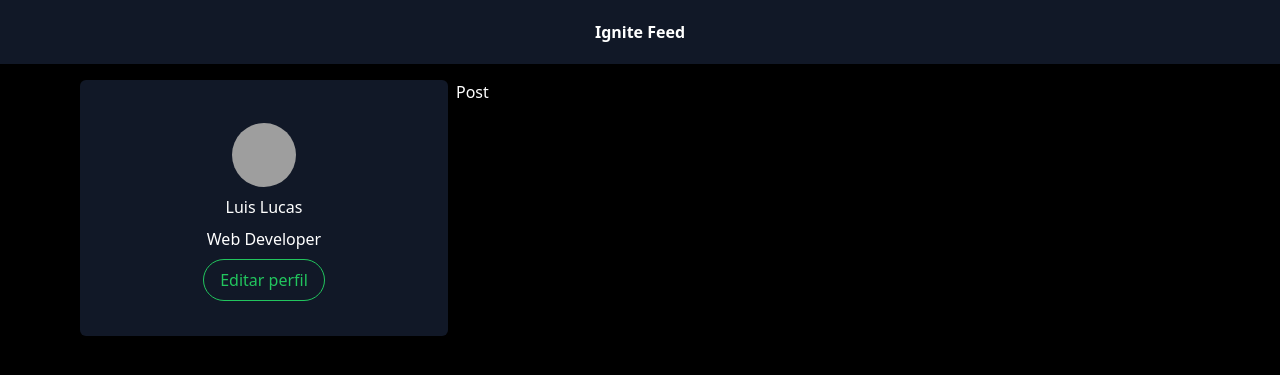
Repository: LuisSempre/ignite-feed
Page: /
The author's editor kept a copy of each file at every save. The page is drawn from the files as they stood at one save, then again after the next save.
The browser window is 1280 px wide. The pictures show the whole page.
Pictures or frames that could not be fetched are drawn as grey boxes. The project was rebuilt for these pictures with package versions that can differ from the ones it lists, and the page was loaded fresh each time. Also part of the build but not shown: vite.config.js.

Above is the page before, as saved 2022-07-13 22:44:55.

### src/App.jsx
import { Header } from "./Components/Header"
import { Sidebar } from "./Components/Sidebar"
import { Post } from "./Components/Post"
function App() {
  return (
    <div>
      <Header />
      <div className="max-w-6xl mx-auto p-4 grid grid-cols-3 gap-2 items-start">
        <Sidebar />
        <div className="col-span-2">
         <Post />
        </div>
      </div>
    </div>
  );
}

export default App;

### src/index.css
@tailwind base;
@tailwind components;
@tailwind utilities;

* {
    @apply bg-black text-white;
}

h1, span, a, img {
    @apply bg-gray-900
}

### src/Components/Header.jsx
export function Header() {
  return (
    <div className="flex items-center justify-center h-16 bg-gray-900 mx-auto w-full">
      <h1 className="font-bold bg-gray-900">Ignite Feed</h1>
    </div>
  )
}

### src/Components/Sidebar.jsx
export function Sidebar() {
  return (
    <div className="rounded-md bg-gray-900 justify-center items-center flex flex-col text-center  h-64 space-y-2">
        <span className=" bg-gradient-r from-green-500 via-blue-500"></span>
        <img
          className="w-16 h-16 rounded-full overflow-hidden object-cover"
          src="https://avatars.githubusercontent.com/u/32404639?v=4"
          alt=""
        />
        <h1>Luis Lucas</h1>
        <span>Web Developer</span>
        <a
          href=""
          className="border border-green-500 px-4 py-2 rounded-full text-green-500"
        >
          Editar perfil
        </a>
    </div>
  );
}

### src/Components/Post.jsx
export function Post() {
    return (
        <div>
            Post
        </div>
    )
}

Loaded but not shown: index.html (common file); src/main.jsx (common file); tailwind.config.js (common file)

After the next save:
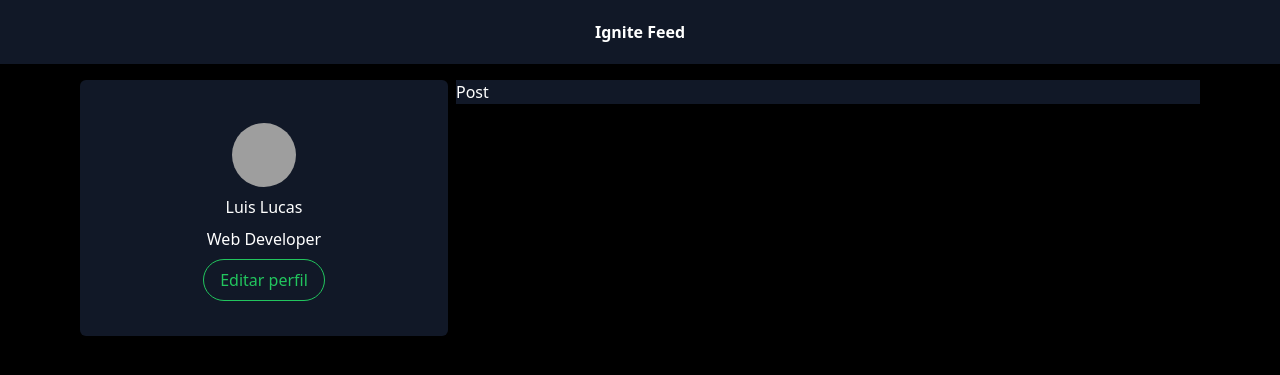
Saved 15 s later.
--- a/src/Components/Post.jsx
+++ b/src/Components/Post.jsx
@@ -1,6 +1,6 @@
 export function Post() {
     return (
-        <div>
+        <div className="bg-gray-900">
             Post
         </div>
     )
